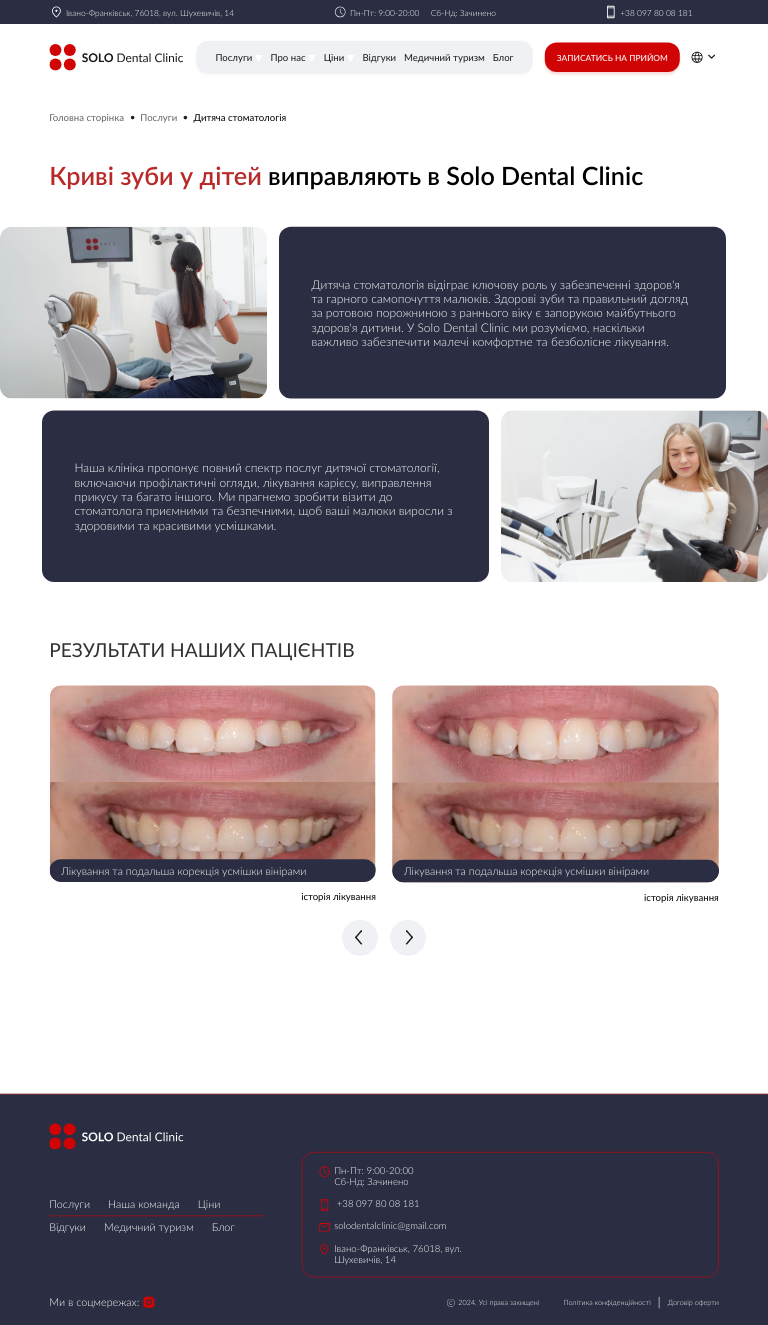
Repository: TarasDutchak/dental-clinic
Page: pediatric-dentistry.html
These files come from the project's save history. The page is drawn as it stood at one moment and after the next save; the edit follows.
The browser window is 1280 px wide. The pictures show the whole page, at 60% of full size.
Pictures or frames that could not be fetched are drawn as grey boxes.

Above is the page before, as saved 2024-12-31 08:05:36.

After the next save:
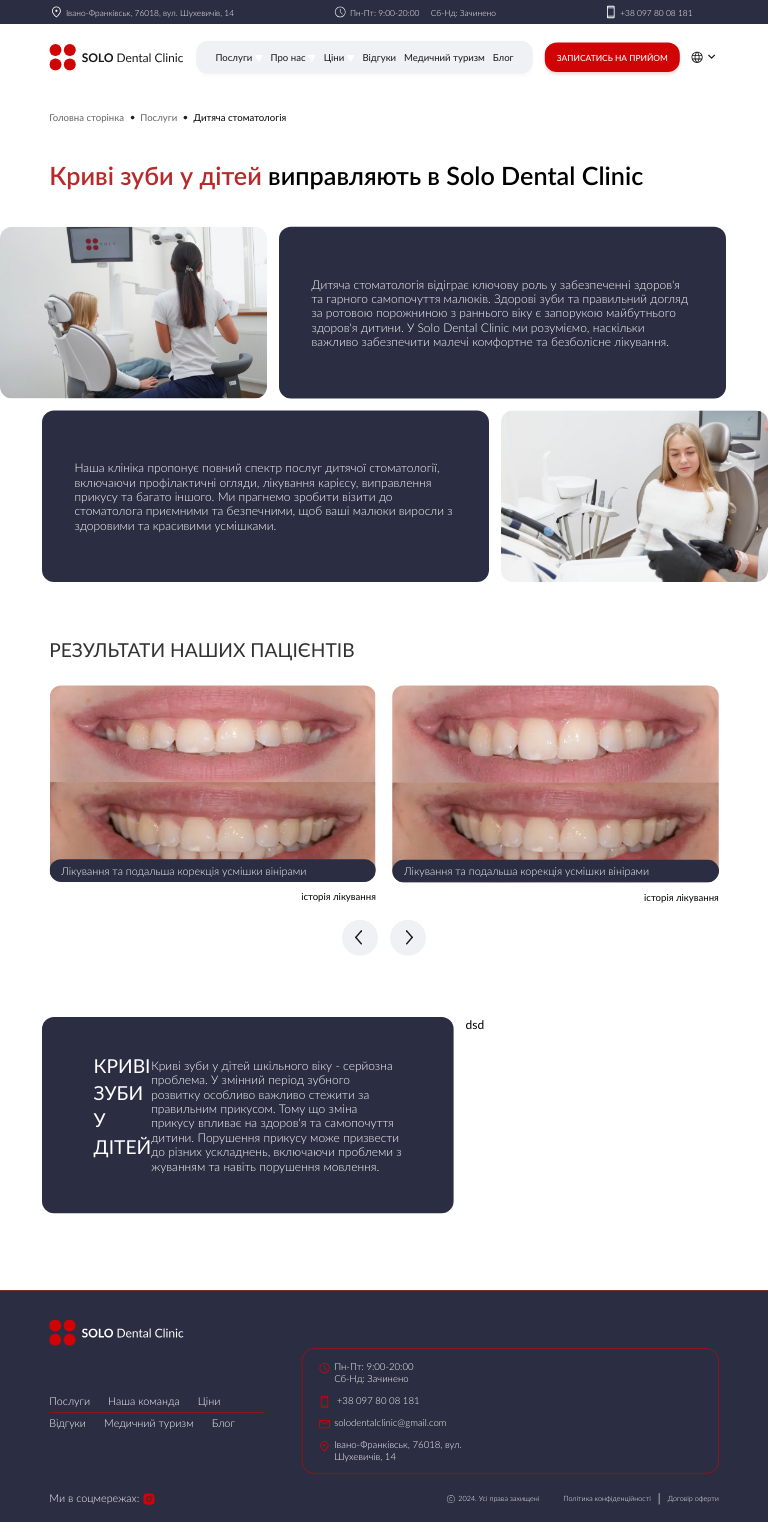
Saved 81 s later.
--- a/pediatric-dentistry.html
+++ b/pediatric-dentistry.html
@@ -269,8 +269,20 @@
         <section class="insect1">
             <div class="container-r0">
                 <div class="row g-0">
-                    <div class="col-lg-7"></div>
-                    <div class="col-lg-5"></div>
+                    <div class="col-lg-7">
+                        <div class="descrblue">
+                            <h3>Криві зуби у дітей</h3>
+                            <p>
+                                Криві зуби у дітей шкільного віку - серйозна проблема. У змінний період зубного розвитку
+                                особливо важливо стежити за правильним прикусом. Тому що зміна прикусу впливає
+                                на здоров'я та самопочуття дитини.
+                                Порушення прикусу може призвести до різних ускладнень, включаючи проблеми з жуванням та
+                                навіть порушення мовлення.
+
+                            </p>
+                        </div>
+                    </div>
+                    <div class="col-lg-5">dsd</div>
                 </div>
             </div>
         </section>
